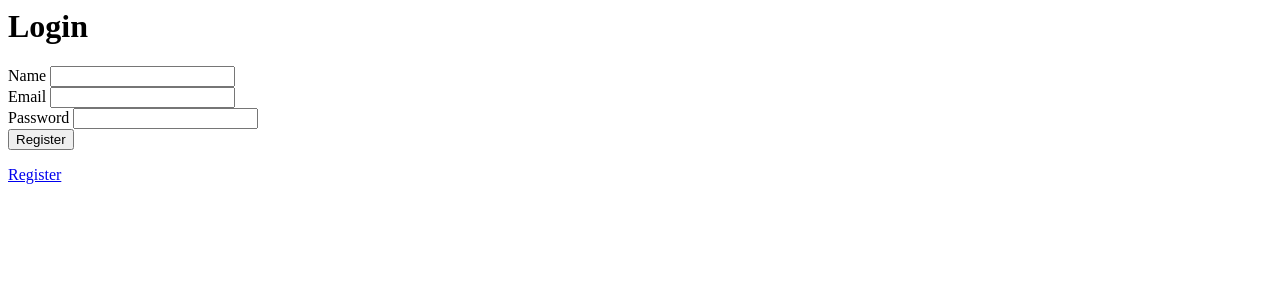
Repository: Santana19996/MovieAPI
Page: http://localhost/login
The author's editor kept a copy of each file at every save. The page is drawn from the files as they stood at one save, then again after the next save.
The browser window is 1280 px wide. The pictures show the whole page.
The page is served by the project's Node server (server.js).

Above is the page before, as saved 2022-02-10 14:21:43.

After the next save:
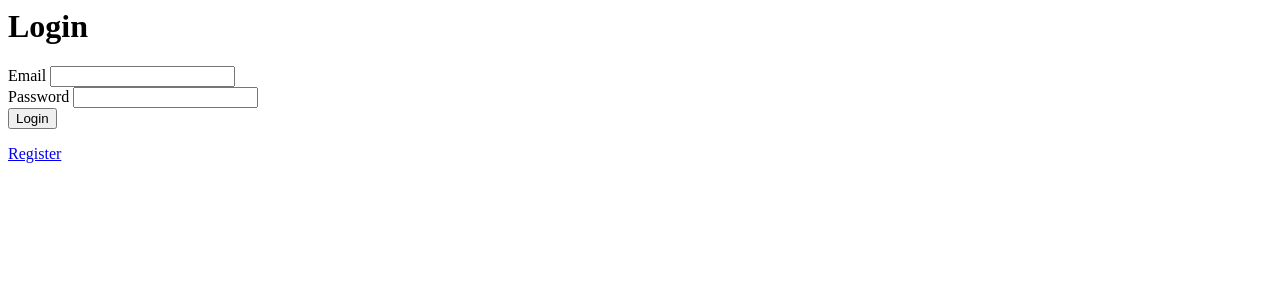
Saved 22 s later.
--- a/views/login.ejs
+++ b/views/login.ejs
@@ -1,9 +1,5 @@
 <h1>Login</h1>
 <form action="/login" method="post">
-  <div>
-    <label for="name">Name</label>
-    <input type="text" id="name" name="name" required />
-  </div>
   <div>
     <label for="email">Email</label>
     <input type="email" id="email" name="email" required />
@@ -12,7 +8,7 @@
     <label for="password">Password</label>
     <input type="password" id="password" name="password" required />
   </div>
-  <button type="submit">Register</button>
+  <button type="submit">Login</button>
 </form>
 
 <a href="/register">Register</a>
